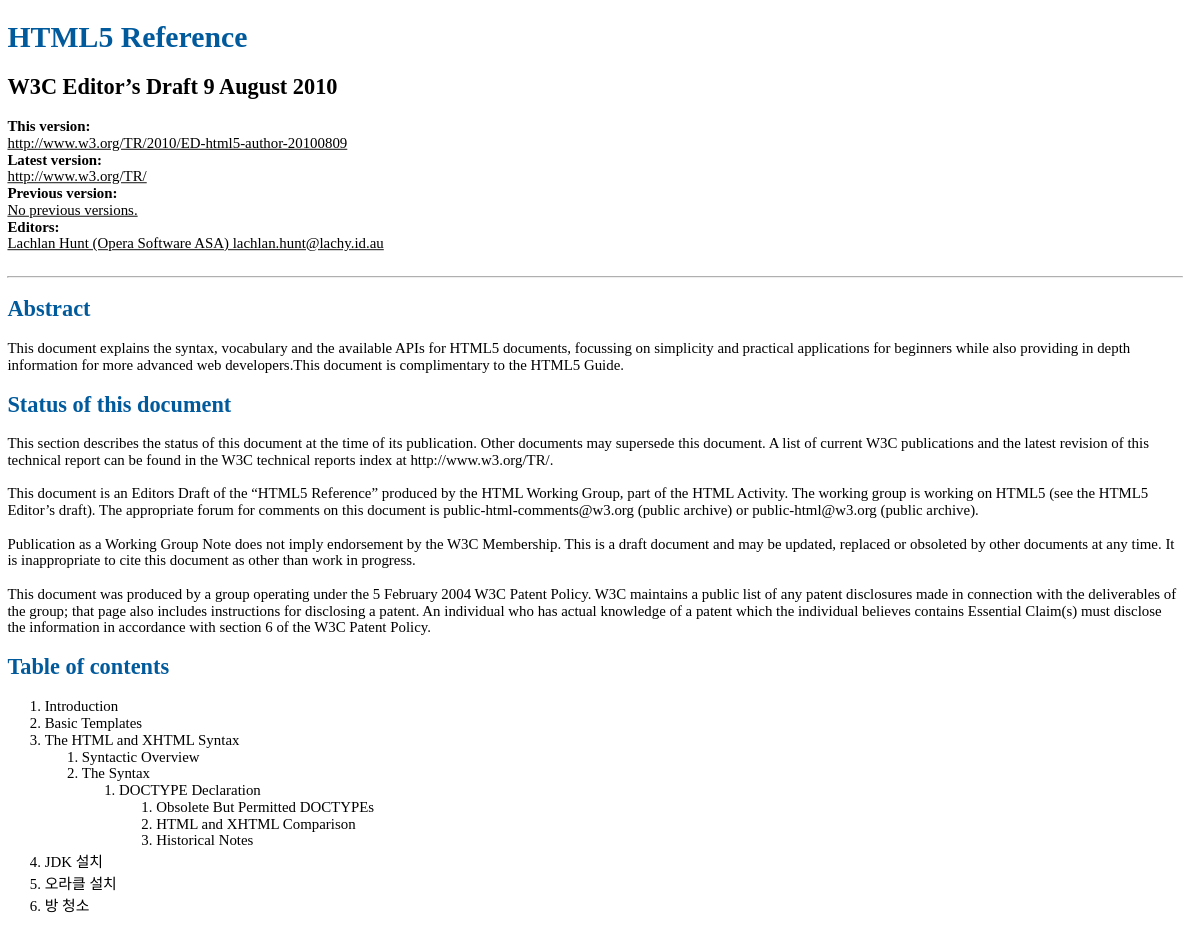
Repository: sungken/htmlProject
Page: ClientTest/src/main/webapp/html/test/list.html
An editor plug-in stored every save of this project. The page is shown before and after the next save, followed by the edit.
The browser window is 1280 px wide. The pictures show the whole page, at 93% of full size.

Above is the page before, as saved 2024-03-13 02:32:05.

After the next save:
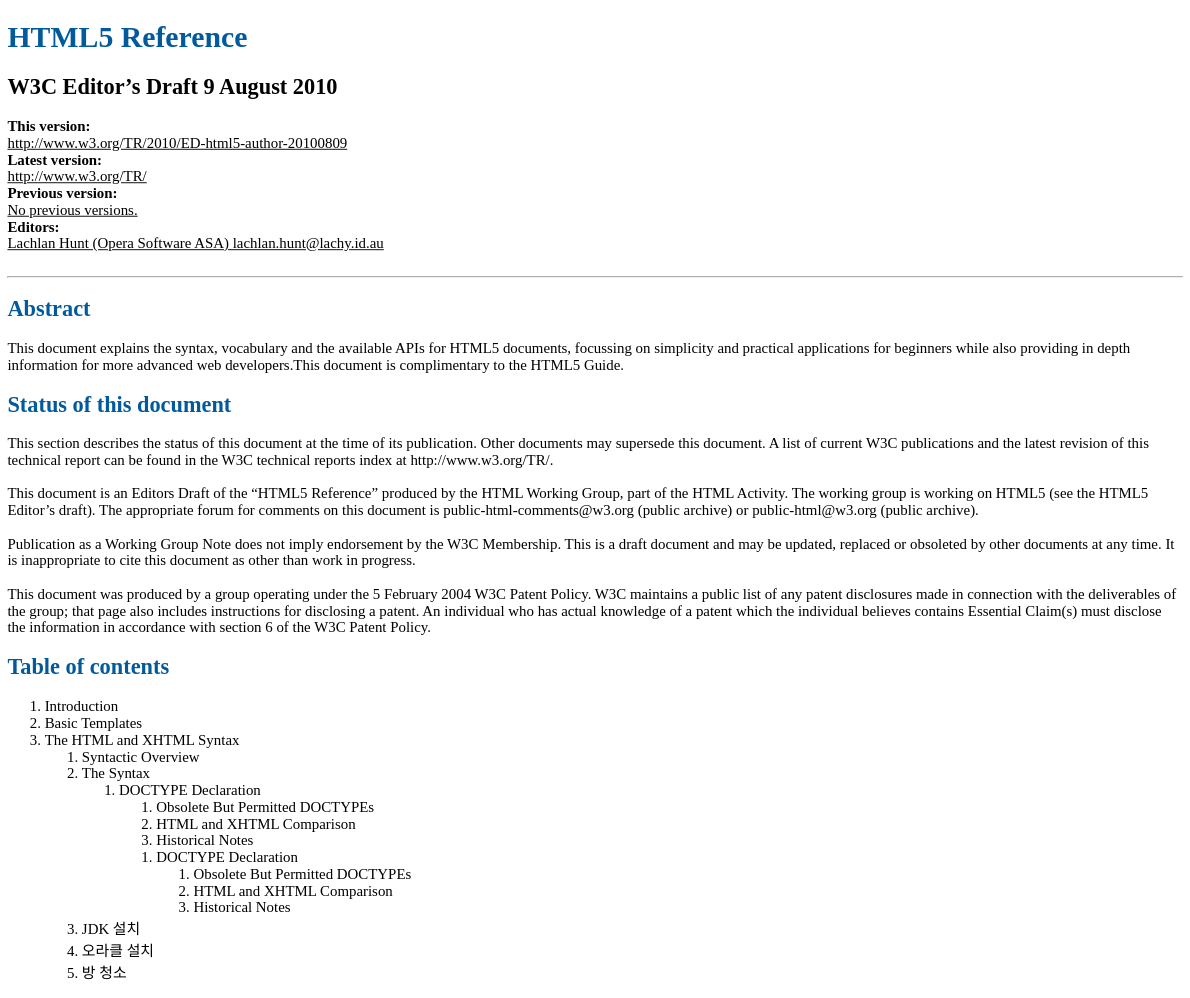
Saved 58 s later.
--- a/ClientTest/src/main/webapp/html/test/list.html
+++ b/ClientTest/src/main/webapp/html/test/list.html
@@ -45,6 +45,13 @@
 				<li>HTML and XHTML Comparison</li>
 				<li>Historical Notes</li>
 				</ol>
+			<ol type="1">
+			<li>DOCTYPE Declaration</li>
+				<ol type="1">
+				<li>Obsolete But Permitted DOCTYPEs</li>
+				<li>HTML and XHTML Comparison</li>
+				<li>Historical Notes</li>
+				</ol>
 			</ol>
 		</ol>
 	</li>
